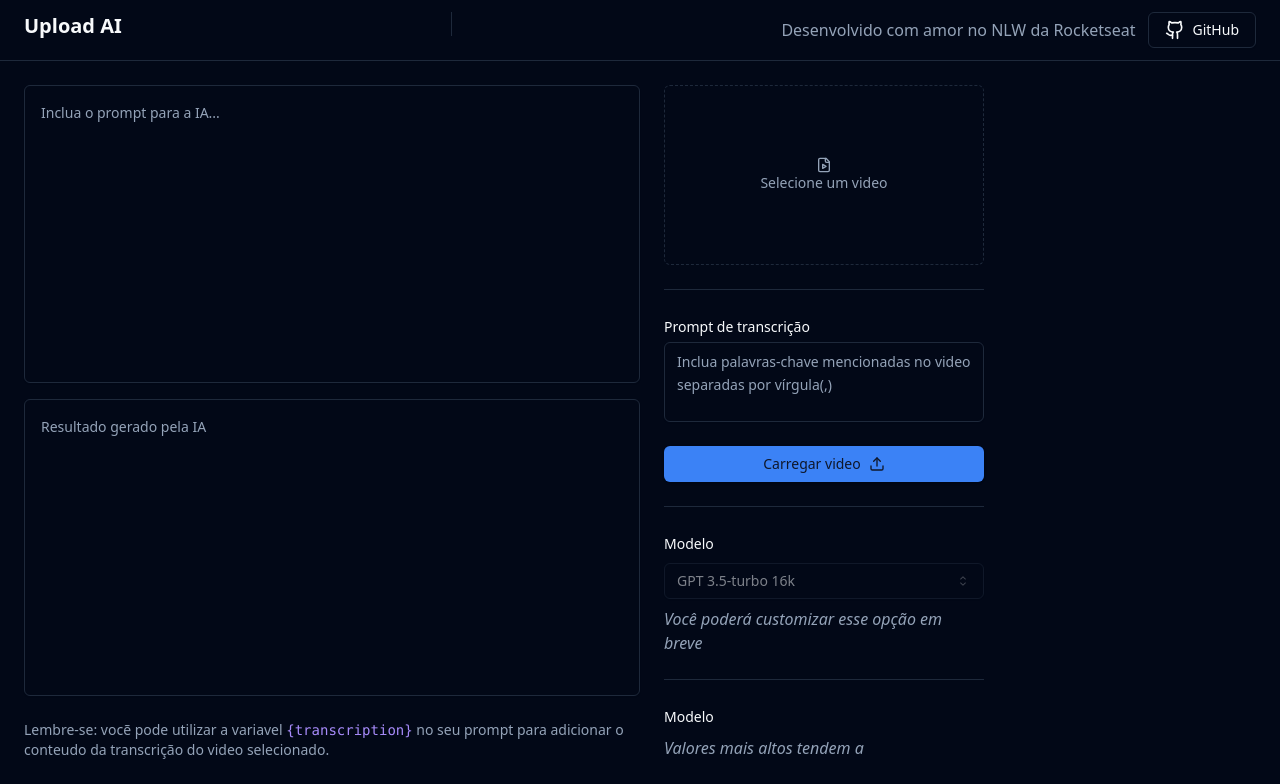
Repository: brksaian/nlw-2023-IA
Page: /
The author's editor kept a copy of each file at every save. The page is drawn from the files as they stood at one save, then again after the next save.
The browser window is 1280 px wide. The pictures show the whole page.
The project was rebuilt for these pictures with package versions that can differ from the ones it lists, and the page was loaded fresh each time. Also part of the build but not shown: vite.config.ts.

Above is the page before, as saved 2023-09-13 00:59:14.

After the next save:
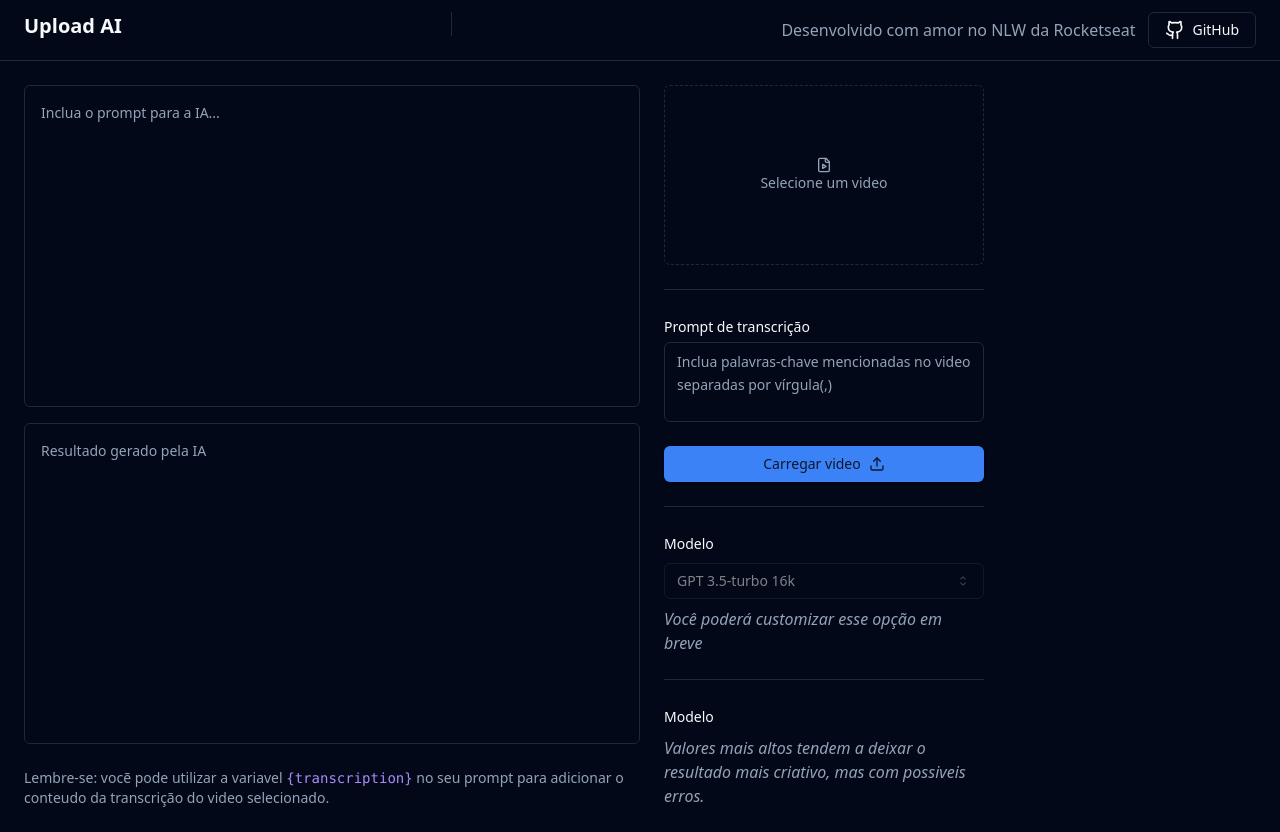
Saved 44 s later.
--- a/src/App.tsx
+++ b/src/App.tsx
@@ -111,7 +111,8 @@ export function App() {
               <Label htmlFor="keywords">Modelo</Label>
 
               <span className="text-xm text-muted-foreground block italic">
-                Valores mais altos tendem a
+                Valores mais altos tendem a deixar o resultado mais criativo,
+                mas com possiveis erros.
               </span>
             </div>
           </form>
